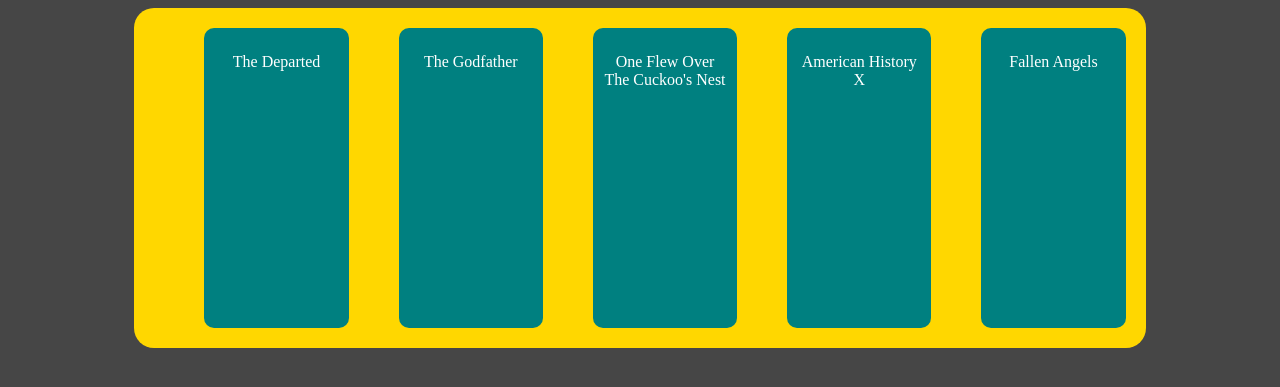
Repository: nishit47/merofilmrecs
Page: web_dev/tiles.html
These files come from the project's save history. The page is drawn as it stood at one moment and after the next save; the edit follows.
The browser window is 1280 px wide. The pictures show the whole page.

Above is the page before, as saved 2021-10-06 15:09:20.

### web_dev/tiles.html
<!DOCTYPE html>
<html lang="en">
<head>
    <meta charset="UTF-8">
    <meta http-equiv="X-UA-Compatible" content="IE=edge">
    <meta name="viewport" content="width=device-width, initial-scale=1.0">
    <title>tiles</title>
</head>
<link rel="stylesheet" href="styling.css">
<style>
    .movietiles{
        color: white;
        display: flex;
        background-color:gold;
    }
    .movieitem{
        width: 250px;
        height: 250px;
        background-color: teal;
        margin-left: 50px;
        padding: 25px 10px;
        text-align: center;
        border-radius: 10px;
    }
</style>
<body>
    <div class="movietiles">
        <div class="movieitem"id="movie1">The Departed</div>
        <div class="movieitem"id="movie2">The Godfather</div>
        <div class="movieitem"id="movie3">One Flew Over The Cuckoo's Nest</div>
        <div class="movieitem"id="movie4">American History X</div>
        <div class="movieitem" id="movie5">Fallen Angels</div>
    </div>

</body>
</html>

### web_dev/styling.css
body{
    background-color: rgb(70, 70, 70);
    color: white;
}

nav ul{
    background-color: rgb(56, 56, 56);
    display: flex;
    height: 37px;
    border-radius: 3px;
}
nav ul li{
    background-color: rgb(70, 70, 70);
    margin: 5px 20px;
    padding: 5px 20px;
    list-style-type: none;
    border-radius: 3px;
}
nav ul li a{
    text-decoration: none;
    color: white;
}
nav ul li :hover{
    color: yellow;
}
nav ul div{
    padding: 5px 0px;
    margin: 0.5px 30px;
}
h1{
    text-align: center;
}
.movie, .movietiles{
    border:black;
    border-radius: 20px;
    background-color: rgb(56, 56, 56);
    margin: auto 10%;
    padding: 20px;
}

.rating, .cast, .description, h2, .movieitem{
    background-color: rgb(70, 70, 70);
}
.still, .trailer{
    display: block;
    max-width:100%;
    max-height:100%;
    margin: 0 auto;
}
#netflix{
    float: right;
}

After the next save:
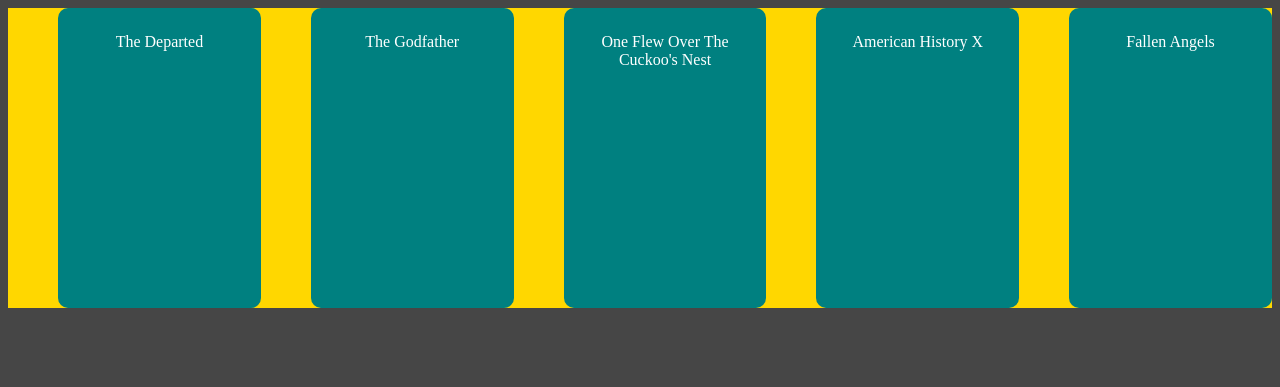
Saved 94 s later.
--- a/web_dev/styling.css
+++ b/web_dev/styling.css
@@ -30,7 +30,7 @@
 h1{
     text-align: center;
 }
-.movie, .movietiles{
+.movie{
     border:black;
     border-radius: 20px;
     background-color: rgb(56, 56, 56);
